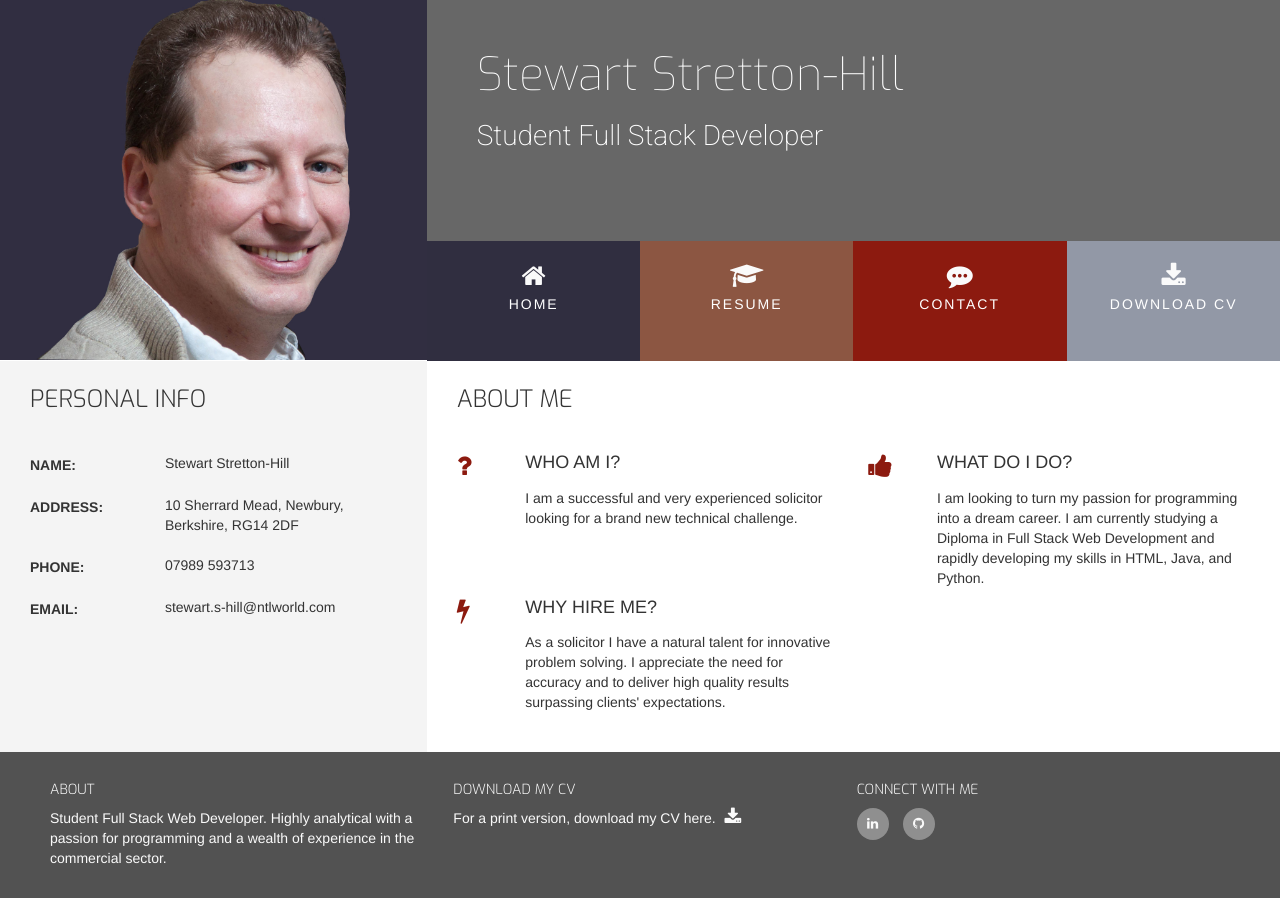
Repository: Shilldon/CV
Page: index.html
The author's editor kept a record of every edit. The page is drawn from the files as they stood at one moment, then again after the next edit.
The browser window is 1280 px wide. The pictures show the whole page.

Above is the page before.

### index.html
<!DOCTYPE html>
<html lang="en">

<head>
    <link rel="stylesheet" href="https://maxcdn.bootstrapcdn.com/bootstrap/3.3.7/css/bootstrap.min.css" type="text/css" />
    <link rel="stylesheet" href="https://stackpath.bootstrapcdn.com/font-awesome/4.7.0/css/font-awesome.min.css" type="text/css" />
    <link rel="stylesheet" href="https://cdnjs.cloudflare.com/ajax/libs/hover.css/2.3.1/css/hover-min.css" type="text/css" />
    <link rel="stylesheet" href="assets/css/style.css" type="text/css" />
    <meta name="viewport" content="width=device-width, initial-scale-1">
</head>

<body>
    <header class="container-fluid">
        <div class="row">
            <a href="index.html" alt="profile image">
                <div class="col-md-4 logo"></div>
            </a>
            <div class="col-md-8">
                <div class="row bg-color-name-title">
                    <div class="heading">
                        <h1 class="name">Stewart Stretton-Hill</h1>
                        <h2 class="title">Student Full Stack Developer</h2>
                    </div>
                </div>

                <div class="row">
                    <ul id="nav" class="list-inline clearfix">
                        <li class="col-xs-6 col-sm-3 ui-menu-color-home menuitem">
                            <a href="index.html" class="hvr-sweep-to-bottom"><i class="fa fa-home" aria-hidden="true"></i><span>Home</span></a>
                        </li>
                        <li class="col-xs-6 col-sm-3 ui-menu-color-resume menuitem">
                            <a href="resume.html" class="hvr-sweep-to-bottom"><i class="fa fa-graduation-cap" aria-hidden="true"></i><span>Resume</span></a>
                        </li>
                        <li class="col-xs-6 col-sm-3 ui-menu-color-contact menuitem">
                            <a href="contact.html" class="hvr-sweep-to-bottom"><i class="fa fa-commenting" aria-hidden="true"></i><span>Contact</span></a>
                        </li>
                        <li class="col-xs-6 col-sm-3 ui-menu-color-download menuitem">
                            <a href="assets/cv/cv.pdf" target="_blank" class="hvr-sweep-to-bottom"><i class="fa fa-download" aria-hidden="true"></i><span>Download CV</span></a>
                        </li>
                    </ul>
                </div>
            </div>
        </div>
    </header>

    <section class="container-fluid">
        <div class="row row-table">
            <div class="col-xs-12 col-sm-12 col-md-4 bg-color-personal-info section-column">
                <div class="row">
                    <div class="col-md-12">
                        <h3 class="section-heading uppercase">Personal Info</h3>
                    </div>
                </div>
                <div class="personal-info-item">
                    <div class="key">
                        <p class="uppercase">Name:</p>
                    </div>
                    <div class="value">
                        <p>Stewart Stretton-Hill</p>
                    </div>
                </div>
                <div class="personal-info-item">
                    <div class="key">
                        <p class="uppercase">Address:</p>
                    </div>
                    <div class="value">
                        <p>10 Sherrard Mead, Newbury, Berkshire, RG14 2DF</p>
                    </div>
                </div>
                <div class="personal-info-item">
                    <div class="key">
                        <p class="uppercase">Phone:</p>
                    </div>
                    <div class="value">
                        <p>07989 593713</p>
                    </div>
                </div>
                <div class="personal-info-item">
                    <div class="key">
                        <p class="uppercase">Email:</p>
                    </div>
                    <div class="value">
                        <p>stewart.s-hill@ntlworld.com</p>
                    </div>
                </div>
            </div>
            <div class="col-xs-12 col-sm-12 col-md-8 bg-color-three-reasons section-column">
                <div class="row">
                    <div class="col-md-12">
                        <h3 class="section-heading uppercase">About Me</h3>
                    </div>
                </div>

                <div class="row">
                    <div class="col-xs-10 col-xs-offset-1 col-sm-offset-0 col-sm-4 col-md-6">
                        <div class="row">
                            <div class="col-xs-2 col-sm-2 col-md-2">
                                <i class="three-reasons-icon fa fa-question" aria-hidden="true"></i>
                            </div>
                            <div class="col-xs-10 col-sm-10 ">
                                <h4 class="three-reasons-heading uppercase">Who am I?</h4>
                                <p>
                                    I am a successful and very experienced solicitor looking for a brand new technical challenge.
                                </p>
                            </div>
                        </div>
                    </div>
                    <div class="col-xs-10 col-xs-offset-1 col-sm-offset-0 col-sm-4 col-md-6">
                        <div class="row">
                            <div class="col-xs-2 col-sm-2 col-md-2">
                                <i class="three-reasons-icon fa fa-thumbs-up" aria-hidden="true"></i>
                            </div>
                            <div class="col-xs-10 col-sm-10 ">
                                <h4 class="three-reasons-heading uppercase">What do I do?</h4>
                                <p>
                                    I am looking to turn my passion for programming into a dream career. I am currently studying a Diploma in Full Stack Web Development and rapidly developing my skills in HTML, Java, and Python.
                                </p>
                            </div>
                        </div>
                    </div>
                    <div class="col-xs-10 col-xs-offset-1 col-sm-offset-0 col-sm-4 col-md-6">
                        <div class="row">
                            <div class="col-xs-2 col-sm-2 col-md-2">
                                <i class="three-reasons-icon fa fa-bolt" aria-hidden="true"></i>
                            </div>
                            <div class="col-xs-10 col-sm-10 ">
                                <h4 class="three-reasons-heading uppercase">Why hire me?</h4>
                                <p>
                                    As a solicitor I have a natural talent for innovative problem solving. I appreciate the need for accuracy and to deliver high quality results surpassing clients' expectations.
                                </p>
                            </div>
                        </div>
                    </div>
                </div>
            </div>
        </div>
    </section>

    <footer class="container-fluid">
        <div id="footer-details" class="row">
            <div class="col-sm-4">
                <h5 class="uppercase general-sub">About</h5>
                <p class="inline-block">
                    Student Full Stack Web Developer. Highly analytical with a passion for programming and a wealth of experience in the commercial sector.
                </p>
            </div>
            <div class="col-sm-4">
                <h5 class="uppercase general-sub">Download My CV</h5>
                <p class="inline-block">
                    For a print version, download my CV here.
                    <a href="assets/cv/sample-cv.pdf" target="_blank" class="cv-pdf"><i class="fa fa-download" aria-hidden="true"></i></a>
                </p>
            </div>
            <div class="col-sm-4">
                <h5 class="uppercase general-sub">Connect with me</h5>
                <ul class="list-inline social-links">
                    <li><a target="_blank" href="https://www.linkedin.com/in/stewartstrettonhill/"><i class="fa fa-linkedin"></i></a></li>
                    <li><a target="_blank" href="https://github.com/Shilldon/"><i class="fa fa-github" aria-hidden="true"></i></i></a></li>
                </ul>
            </div>
        </div>
    </footer>
</body>

</html>

### assets/css/style.css
@import url('https://fonts.googleapis.com/css?family=Roboto:100,200,300,400,500,600,700|Exo:100,200,300,400,500,600,700');

/*-------------------------------------------Colors*/

.bg-color-name-title {
    background-color: #676767;
}

.bg-color-three-reasons {
    background-color: #ffffff;
}

.bg-color-personal-info {
    background-color: #f4f4f4;
}

.bg-color-work-history {
    background-color: rgb(29, 28, 38);
}

.bg-color-contact {
    background-color: #ffffff;
}

.ui-menu-color-home {
    background-color: #302E40;
}

.ui-menu-color-resume {
    background-color: #8C5642;
}

.ui-menu-color-contact {
    background-color: #8C1A0F;
}

.ui-menu-color-download {
    background-color: #9298A6;
}


/*-------------------------------------------Special Padding/Margins/Text*/

h1,
h2,
h3,
h4 {
    margin: 0;
}

.uppercase {
    text-transform: uppercase;
}

.general-sub {
    font-family: "Exo", sans-serif;
    font-weight: 300;
    color: #fafafa;
}

.inline-block {
    display: inline-block;
}

.row-table {
    display: table;
}

.history-heading,
.section-heading {
    font-family: "Exo", sans-serif;
    font-weight: 300;
    margin-top: 25px;
    margin-bottom: 40px;
}

/*-------------------------------------------Heading*/

header {
    margin: 0;
}

.heading {
    margin-left: 50px;
}

.logo {
    background: url("../images/headshot.jpg");
    background-position: center;
    background-repeat: no-repeat;
    background-size: cover;
    min-height: 360px;
    transition: all .5s ease-in-out;
    -moz-transition: all .5s ease-in-out;
    -webkit-transition: all .5s ease-in-out;
}

.name {
    font-family: "Exo", sans-serif;
    font-weight: 100;
    font-size: 46px;
    margin-top: 50px;
    color: #ffffff;
}

.title {
    font-family: "Roboto", sans-serif;
    font-weight: 200;
    font-size: 28px;
    margin-top: 20px;
    margin-bottom: 90px;
    color: #ffffff;
}

#nav {
    margin: 0;
}

#nav li {
    padding: 0;
}

.menuitem {
    height: 120px;
    text-align: center;
    padding: 0;
}

.menuitem a {
    width: 100%;
    text-decoration: none;
    color: #ffffff;
    height: 120px;
}

.menuitem a i {
    padding-top: 22px;
    display: block;
    color: #fafafa;
    font-size: 26px;
}

.menuitem span {
    display: block;
    width: 100%;
    padding-top: 5px;
    text-align: center;
    text-transform: uppercase;
    font-size: 14px;
    font-weight: 300;
    letter-spacing: 2px;
}

/*-------------------------------------------Hover.css*/

.hvr-sweep-to-bottom:before {
    background: rgba(0, 0, 0, 0.2);
    height: 120px;
}


/*-------------------------------------------Footer*/

footer {
    background-color: #525252;
    color: #fafafa;
    min-height: 120px;
    margin: 0;
}

footer .cv-pdf i {
    color: #fafafa;
    text-align: center;
    font-size: 18px;
    padding-left: 5px;
}

footer .cv-pdf i:hover {
    color: #e84610;
    transition: all 0.35s ease-in-out;
    -moz-transition: all 0.35s ease-in-out;
    -webkit-transition: all 0.35s ease-in-out;
    -o-transition: all 0.35s ease-in-out;
}

.social-links {
    padding-bottom: 15px;
}

.social-links li a i {
    width: 32px;
    height: 32px;
    padding: 12px 0;
    border-radius: 50%;
    font-size: 13px;
    line-height: 7px;
    text-align: center;
    color: #fafafa;
    background: #8f8f8f;
    transition: all 0.35s ease-in-out;
    -moz-transition: all 0.35s ease-in-out;
    -webkit-transition: all 0.35s ease-in-out;
    -o-transition: all 0.35s ease-in-out;

}

.social-links li a i:hover {
    background: #8C1A0F;

}

#footer-details {
    margin: 20px;
}


/*-------------------------------------------Three Reasons*/

.three-reasons-icon {
    font-size: 26px;
    color: #8C1A0F;

}

.three-reasons-heading {
    margin-bottom: 15px;

}


/*-------------------------------------------Personal Info*/

.personal-info-item {
    margin-bottom: 20px;
    display: block;
    clear: both;

}

.personal-info-item .key,
.personal-info-item .value {
    padding-right: 8px;
}

.personal-info-item .key p,
.personal-info-item .value p {
    margin: 0;
}

.personal-info-item .key {
    display: inline-block;
    width: 30%;
    margin-right: 21px;
    padding-top: 2px;
    vertical-align: top;
}

.personal-info-item .key p {
    font-weight: 700;
}

.personal-info-item .value {
    display: inline-block;
    position: relative;
    width: 60%;
}

/*-------------------------------------------Skills*/

.progress {
    position: relative;
    height: 25px;
}

.progress-type {
    position: absolute;
    /*so text will sit on the progress bar */
    left: 0px;
    font-weight: 400;
    padding: 3px 30px 2px 10px;
    color: #fafafa;
    background-color: rgba(25, 25, 25, 0.2);
}

.progress-section {
    margin: 40px 20px;
}

/*-------------------------------------------Work History*/

.timeline-item {
    padding: 4em 2em 0em 2em;
    position: relative;
    color: #fafafa;
    border-left: 1px solid;
}

.timeline-item p {
    padding: 0;
    margin: 0;

}



.timeline-item::before {
    /*before is a pseudo element */
    content: attr(dates);
    /*search for attribute called dates and display value assocaited with that dates key */
    /*content - i.e. put in whatever the value of content is */
    position: absolute;
    left: 2.5em;
    top: 3em;
    display: block;
    font-family: "Exo", sans-serif;
    font-weight: 500;
    font-size: 0.8em;
    padding: 0;
    margin: 0;

}

.timeline-item::after {
    width: 12px;
    height: 12px;
    display: block;
    top: 2.4em;
    position: absolute;
    left: -6px;
    border-radius: 12px;
    content: '';
    background: #fafafa;
}


.history-heading {
    color: #fafafa;
    margin-bottom: 50px;
}

.history-items {
    margin-bottom: 30px;
}

/*-------------------------------------------Contact*/

.contact-heading {
    font-family: "Exo", sans-serif;
    font-weight: 300;
    margin-top: 25px;
    margin-bottom: 20px;
}
/*
.center-form {
    padding-top: 10px;
    margin: 0 auto;
    max-width: 70%;
}

button[type="submit"] {
    margin-top: 15px;
    margin-bottom: 20px;
    background-color: #e84610;
    color: #fafafa;
}
*/
.contact-details {
    padding:40px;
}
.contact-details .row {
    padding:20px 20px;
}
/*-------------------------------------------Media Queries*/

@media(min-width: 992px) {
    .section-column {
        padding: 0 30px 30px;
        float: none;
        display: table-cell;
    }

    .center-form {
        padding-top: 30px;
        min-height: 240px;
        margin: 0 auto;
        max-width: 50%;
    }
}

After the next edit:
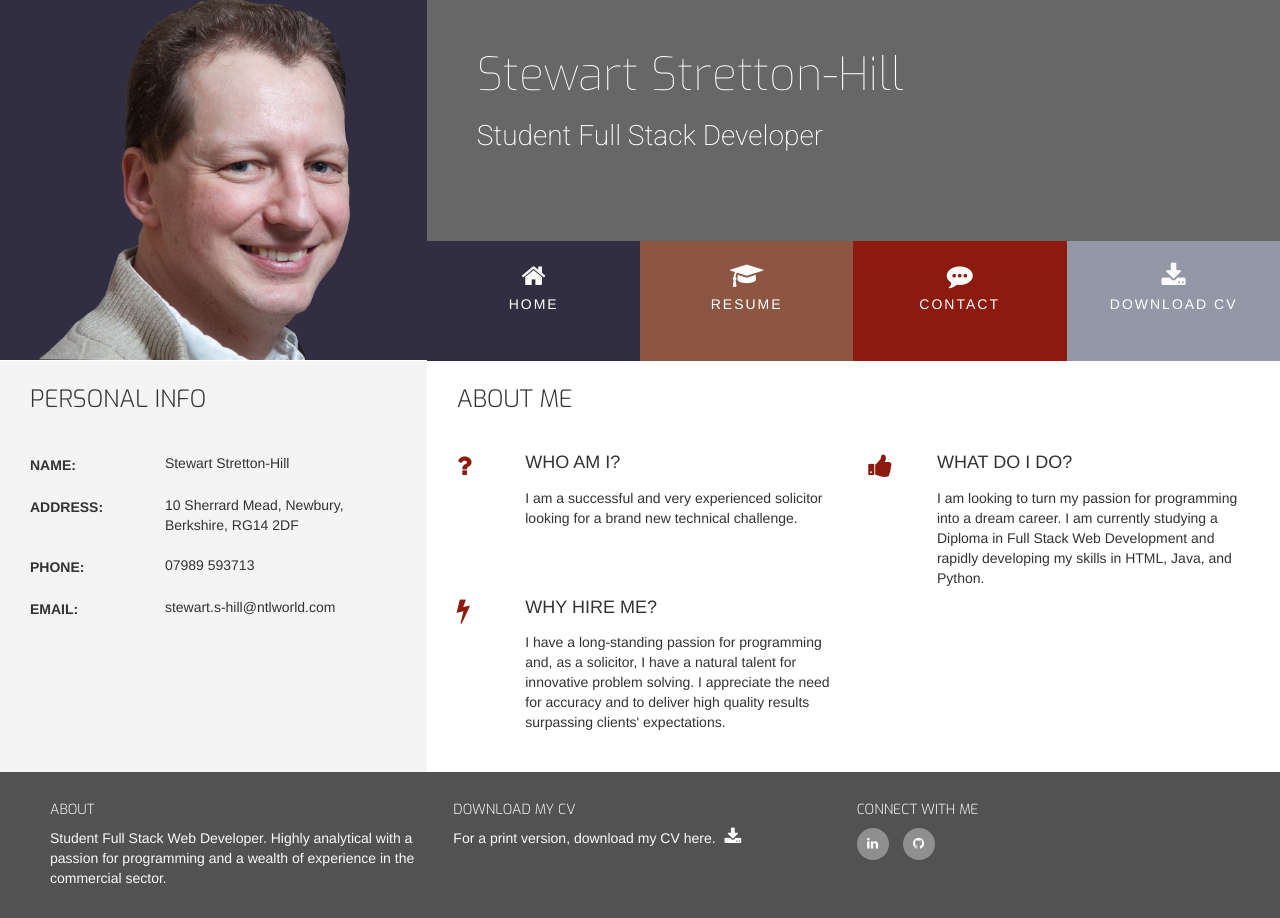
The edit:
--- a/index.html
+++ b/index.html
@@ -126,7 +126,7 @@
                             <div class="col-xs-10 col-sm-10 ">
                                 <h4 class="three-reasons-heading uppercase">Why hire me?</h4>
                                 <p>
-                                    As a solicitor I have a natural talent for innovative problem solving. I appreciate the need for accuracy and to deliver high quality results surpassing clients' expectations.
+                                    I have a long-standing passion for programming and, as a solicitor, I have a natural talent for innovative problem solving. I appreciate the need for accuracy and to deliver high quality results surpassing clients' expectations.
                                 </p>
                             </div>
                         </div>
